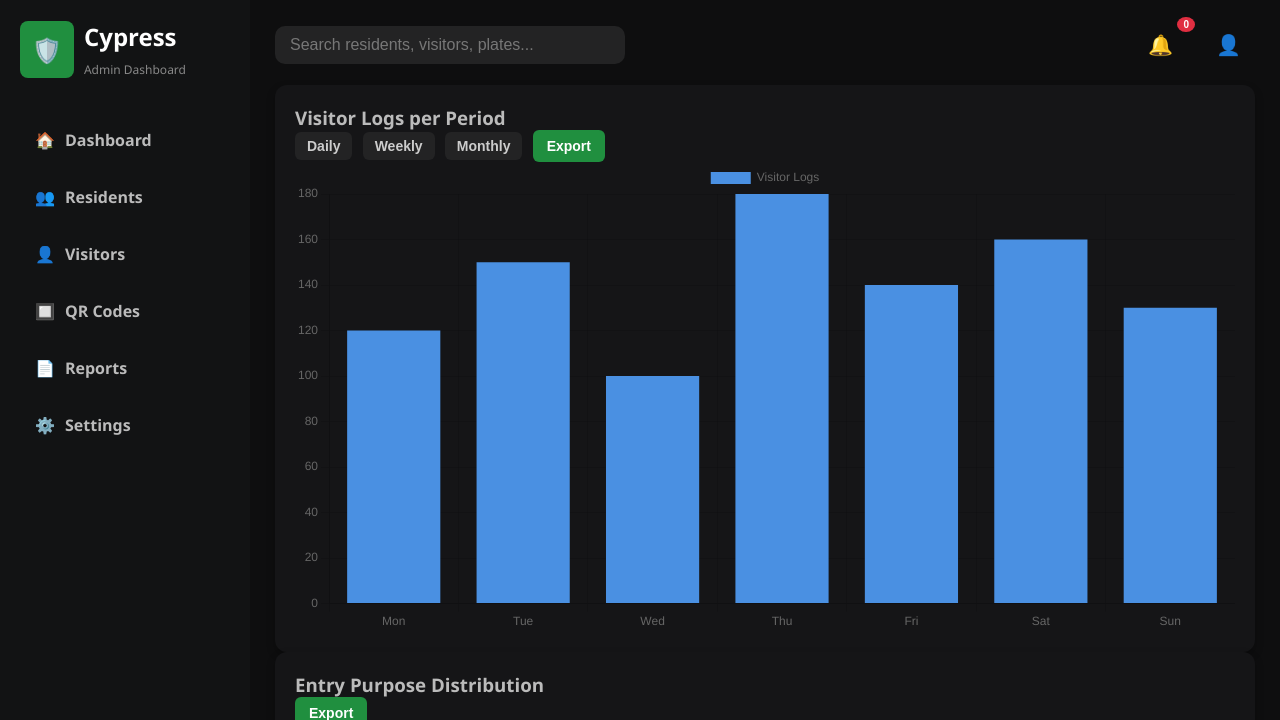
Repository: camuramon/my-project
Page: templates/admin/reports.html
The author's editor kept a copy of each file at every save. The page is drawn from the files as they stood at one save, then again after the next save.
The browser window is 1280 px wide. The pictures show the whole page.
An inner scrolling area shows only its first screen. The template is drawn by Flask 3. The application's start-up code is not run. Other server files are loaded and not shown. The template is opened directly, without the code that normally fills it, so the values that code supplies are empty.

Above is the page before, as saved 2025-09-09 17:36:10.
Console error: TypeError: Cannot read properties of null (reading 'addEventListener')

### templates/admin/reports.html
<!DOCTYPE html>
<html lang="en">
<head>
  <meta charset="UTF-8">
  <meta name="viewport" content="width=device-width, initial-scale=1.0">
  <title>VMS Reports Dashboard</title>

    <link rel="stylesheet" href="{{ url_for('static', filename='css/report.css') }}">
  <script src="https://cdn.jsdelivr.net/npm/chart.js"></script>

</head>
<body>
<div class="container">
  <aside class="sidebar">
    <div class="logo">
      <div class="icon">🛡️</div>
      <div class="title">
        <h2>Cypress</h2>
        <span>Admin Dashboard</span>
      </div>
    </div>
    <nav>
      <ul class="sidebar-menu">
        <li class="{% if request.path == url_for('admin_dashboard') %}active{% endif %}">
          <a href="{{ url_for('admin_dashboard') }}"><span class="icon">🏠</span> Dashboard</a>
        </li>
        <li class="{% if request.path == url_for('admin_residents') %}active{% endif %}">
          <a href="{{ url_for('admin_residents') }}"><span class="icon">👥</span> Residents</a>
        </li>
        <li class="{% if request.path == url_for('admin_visitors') %}active{% endif %}">
          <a href="{{ url_for('admin_visitors') }}"><span class="icon">👤</span> Visitors</a>
        </li>
        <li><a href="#"><span class="icon">🔲</span> QR Codes</a></li>
        <li class="{% if request.path == url_for('admin_reports') %}active{% endif %}">
          <a href="{{ url_for('admin_reports') }}"><span class="icon">📄</span> Reports</a>
        </li>
        <li class="{% if request.path == url_for('admin_settings') %}active{% endif %}">
          <a href="{{ url_for('admin_settings') }}"><span class="icon">⚙️</span> Settings</a>
        </li>
      </ul>
    </nav>
  </aside>

  <main class="main-content">
    <header class="top-bar">
      <div class="search-bar">
        <input type="search" placeholder="Search residents, visitors, plates..." />
      </div>
      <div class="top-icons">
        <button class="icon-btn">🔔<span class="notification-count">{{ notifications|length }}</span></button>
        <button class="icon-btn">👤</button>
      </div>
    </header>


  <!-- Main Charts and Side Widgets -->
<section class="flex flex-col lg:flex-row gap-4">

    <!-- Main Charts -->
    <div class="flex-1">
      <div class="card p-4 mb-4">
        <div class="flex justify-between items-center mb-2">
          <h3 class="text-lg font-semibold">Visitor Logs per Period</h3>
          <div class="flex space-x-2">
            <button class="btn-chart-toggle" data-period="daily">Daily</button>
            <button class="btn-chart-toggle" data-period="weekly">Weekly</button>
            <button class="btn-chart-toggle" data-period="monthly">Monthly</button>
            <button class="btn-green">Export</button>
          </div>
        </div>
        <canvas id="barChart"></canvas>
      </div>
   <section class="grid grid-cols-1 md:grid-cols-2 gap-4">

        <div class="card p-4">
          <div class="flex justify-between items-center mb-2">
            <h3 class="text-lg font-semibold">Entry Purpose Distribution</h3>
            <button class="btn-green">Export</button>
          </div>
          <canvas id="horizontalChart"></canvas>
        </div>
        <div class="card p-4">
          <div class="flex justify-between items-center mb-2">
            <h3 class="text-lg font-semibold">Vehicles Used</h3>
            <button class="btn-green">Export</button>
          </div>
          <canvas id="pieChart"></canvas>
        </div>
      </div>
    </div>
    <!-- Side Widgets -->
    <div class="lg:w-1/3 space-y-4">
      <div class="card p-4">
        <div class="flex justify-between items-center mb-2">
          <h3 class="text-lg font-semibold">Visitor Geo Distribution</h3>
          <button class="btn-green">Export</button>
        </div>
        <img src="https://placehold.co/400x250" alt="Geo map" class="w-full rounded">
      </div>
      <div class="card p-4">
        <div class="flex justify-between items-center mb-2">
          <h3 class="text-lg font-semibold">Access Points</h3>
          <button class="btn-green">Export</button>
        </div>
        <canvas id="accessChart"></canvas>
      </div>
      <div class="card p-4">
        <div class="flex justify-between items-center mb-2">
          <h3 class="text-lg font-semibold">Device Access</h3>
          <button class="btn-green">Export</button>
        </div>
        <canvas id="deviceChart"></canvas>
      </div>
    </div>
  </section>

  <!-- Tables -->
  <section class="p-4 grid grid-cols-1 md:grid-cols-2 gap-4">
    <div class="card p-4">
      <h3 class="text-lg font-semibold mb-2">Visitor Logs</h3>
      <div class="overflow-x-auto">
        <table class="w-full text-sm">
          <thead>
            <tr class="border-b border-gray-600">
              <th class="text-left p-2">Name</th>
              <th class="text-left p-2">Purpose</th>
              <th class="text-left p-2">Vehicle</th>
              <th class="text-left p-2">Time In/Out</th>
              <th class="text-left p-2">Status</th>
            </tr>
          </thead>
          <tbody>
            <tr class="border-b border-gray-600 hover:bg-gray-800">
              <td class="p-2">John Doe</td>
              <td class="p-2">Delivery</td>
              <td class="p-2">Car</td>
              <td class="p-2">9:00 AM / 9:15 AM</td>
              <td class="p-2">Exited</td>
            </tr>
            <tr class="border-b border-gray-600 hover:bg-gray-800">
              <td class="p-2">Jane Smith</td>
              <td class="p-2">Guest</td>
              <td class="p-2">Motorcycle</td>
              <td class="p-2">10:00 AM / -</td>
              <td class="p-2">Inside</td>
            </tr>
          </tbody>
        </table>
      </div>
      <a href="#" class="text-blue-400 float-right mt-2">View All</a>
      <button class="btn-green mt-2">Export</button>
    </div>
    <div class="card p-4">
      <h3 class="text-lg font-semibold mb-2">Resident Reports</h3>
      <div class="overflow-x-auto">
        <table class="w-full text-sm">
          <thead>
            <tr class="border-b border-gray-600">
              <th class="text-left p-2">Name</th>
              <th class="text-left p-2">Status</th>
            </tr>
          </thead>
          <tbody>
            <tr class="border-b border-gray-600 hover:bg-gray-800">
              <td class="p-2">Alice Johnson</td>
              <td class="p-2"><span class="bg-green-600 px-2 py-1 rounded">Active</span></td>
            </tr>
            <tr class="border-b border-gray-600 hover:bg-gray-800">
              <td class="p-2">Bob Lee</td>
              <td class="p-2"><span class="bg-yellow-600 px-2 py-1 rounded">Suspended</span></td>
            </tr>
            <tr class="border-b border-gray-600 hover:bg-gray-800">
              <td class="p-2">Charlie Brown</td>
              <td class="p-2"><span class="bg-red-600 px-2 py-1 rounded">Blacklisted</span></td>
            </tr>
          </tbody>
        </table>
      </div>
      <a href="#" class="text-blue-400 float-right mt-2">View All</a>
      <button class="btn-green mt-2">Export</button>
    </div>
  </section>

<script src="{{ url_for('static', filename='js/report.js') }}"></script>
</body>
</html>

### static/css/report.css
/* ===========================
   RESET & BASE STYLES
=========================== */
* {
  box-sizing: border-box;
  margin: 0;
  padding: 0;
}

html, body {
  height: 100%;
  width: 100%;
  margin: 0;
  padding: 0;
  overflow-x: hidden; /* prevent horizontal scroll */
}

body {
  font-family: 'Segoe UI', Tahoma, Geneva, Verdana, sans-serif;
  background-color: #0e0e0f;
  color: #ddd;
  min-height: 100vh;
}

/* ===========================
   LAYOUT
=========================== */
.container {
  display: flex;
  width: 100%;
  min-height: 100vh;
}

/* ===========================
   SIDEBAR
=========================== */
.sidebar {
  width: 250px;
  height: 100vh;
  background-color: #121314;
  padding: 20px;
  flex-shrink: 0;
  position: fixed;   /* keep it fixed */
  top: 0;
  left: 0;
}

.logo {
  display: flex;
  align-items: center;
  margin-bottom: 40px;
}

.logo .icon {
  background-color: #208f3f;
  padding: 12px;
  border-radius: 8px;
  font-size: 24px;
  color: white;
  margin-right: 10px;
}

.logo .title h2 {
  font-weight: 700;
  color: white;
  margin-bottom: 4px;
}

.logo .title span {
  font-size: 12px;
  color: #888;
}

.sidebar-menu {
  list-style: none;
  padding: 0;
}

.sidebar-menu li {
  margin: 15px 0;
}

.sidebar-menu li a {
  text-decoration: none;
  color: #bbb;
  font-weight: 600;
  display: flex;
  align-items: center;
  gap: 10px;
  font-size: 16px;
  padding: 10px 15px;
  border-radius: 8px;
  transition: background-color 0.3s ease, color 0.3s ease;
}

.sidebar-menu li.active a {
  background-color: #2a2a2e;
  color: white;
}

.sidebar-menu li a:hover {
  background-color: #1d1d1f;
  color: white;
}

/* ===========================
   MAIN CONTENT
=========================== */
.main-content {
  flex-grow: 1;
  margin-left: 250px;           /* align with sidebar */
  padding: 25px;
  background-color: #0e0e0f;
  min-height: 100vh;
  width: calc(100% - 250px);    /* prevent overflow */
  overflow-x: hidden;           /* no horizontal scroll */
  box-sizing: border-box;
}

/* ===========================
   TOP BAR
=========================== */
.top-bar {
  display: flex;
  justify-content: space-between;
  align-items: center;
  margin-bottom: 20px;
}

.search-bar input {
  width: 350px;
  padding: 10px 15px;
  border: none;
  border-radius: 10px;
  background-color: #232324;
  color: #ccc;
  font-size: 16px;
}

.search-bar input::placeholder {
  color: #777;
}

.top-icons {
  display: flex;
  gap: 15px;
}

.icon-btn {
  background: none;
  border: none;
  color: #ccc;
  font-size: 20px;
  position: relative;
  cursor: pointer;
}

.notification-count {
  position: absolute;
  top: -8px;
  right: -8px;
  background-color: #e02e41;
  font-size: 10px;
  padding: 2px 6px;
  border-radius: 50%;
  color: white;
}

/* ===========================
   CARDS
=========================== */
.card {
  background-color: #151517;
  border-radius: 12px;
  flex: 1 1 300px;
  padding: 20px;
  position: relative;
  color: #bbb;
  box-shadow: 0 4px 8px rgba(0,0,0,0.25);
  transition: box-shadow 0.3s ease;
}

.card:hover {
  box-shadow: 0 6px 20px rgba(74,144,226,0.7);
}

.card h2 {
  color: white;
  font-weight: 800;
  font-size: 22px;
  margin-bottom: 10px;
}

/* ===========================
   BUTTONS
=========================== */
button {
  cursor: pointer;
  border: none;
  border-radius: 6px;
  font-weight: 600;
  padding: 8px 14px;
  font-size: 14px;
}

.btn-green {
  background-color: #208f3f;
  color: white;
  transition: 0.3s;
}

.btn-green:hover {
  background-color: #27b34c;
  box-shadow: 0 0 10px #27b34c;
}

.btn-chart-toggle {
  background-color: #232324;
  color: #ccc;
  margin-right: 6px;
  border-radius: 6px;
  padding: 6px 12px;
  cursor: pointer;
  transition: 0.3s;
}

.btn-chart-toggle:hover {
  background-color: #4A90E2;
  color: white;
}

/* ===========================
   TABLES
=========================== */
table {
  width: 80%;
  border-collapse: collapse;
  table-layout: fixed; /* 🔑 prevent overflow */
}

th, td {
  text-align: left;
  padding: 10px;
  font-size: 14px;
  color: #ddd;
}

thead {
  background-color: #2a2a2e;
}

tr {
  border-bottom: 1px solid #333;
}

tr:hover {
  background-color: #252527;
}

/* ===========================
   CHARTS
/* ===========================
   CHARTS
=========================== */
.charts {
  display: flex;
  justify-content: center;
  flex-wrap: wrap; /* allow wrapping on smaller screens */
  margin: 20px 0;
  gap: 20px;
}

.chart-container {
  flex: 1 1 400px;      /* normal width */
  max-width: 400px;     /* prevent oversized charts */
  height: 300px;        /* fixed height */
  background: #1e1e2f;
  padding: 20px;
  border-radius: 12px;
  box-shadow: 0 4px 8px rgba(0,0,0,0.25);
  display: flex;
  flex-direction: column;
  justify-content: center;
  align-items: center;
}

.chart-container h3 {
  margin-bottom: 10px;
  font-size: 16px;
  font-weight: 600;
  color: #fff;
  text-align: center;
}

.chart-container canvas {
  width: 100% !important;
  height: 100% !important;
}

### static/js/report.js
// Bar Chart
const barCtx = document.getElementById('barChart').getContext('2d');
let period = 'daily';
const barData = {
  daily: [120, 150, 100, 180, 140, 160, 130],
  weekly: [850, 900, 880, 920],
  monthly: [3200, 3500, 3400]
};
const barChart = new Chart(barCtx, {
  type: 'bar',
  data: {
    labels: ['Mon', 'Tue', 'Wed', 'Thu', 'Fri', 'Sat', 'Sun'],
    datasets: [{
      label: 'Visitor Logs',
      data: barData.daily,
      backgroundColor: '#4A90E2'
    }]
  },
  options: {
    responsive: true,
    plugins: {
      tooltip: { enabled: true }
    }
  }
});

document.querySelectorAll('.btn-chart-toggle').forEach(btn => {
  btn.addEventListener('click', (e) => {
    period = e.target.dataset.period;
    const labels = period === 'daily'
      ? ['Mon', 'Tue', 'Wed', 'Thu', 'Fri', 'Sat', 'Sun']
      : (period === 'weekly'
        ? ['Week 1', 'Week 2', 'Week 3', 'Week 4']
        : ['Jan', 'Feb', 'Mar']);
    barChart.data.labels = labels;
    barChart.data.datasets[0].data = barData[period];
    barChart.update();
  });
});

// Horizontal Stacked Bar
const horCtx = document.getElementById('horizontalChart').getContext('2d');
new Chart(horCtx, {
  type: 'bar',
  data: {
    labels: ['Delivery', 'Guest', 'Service', 'Other'],
    datasets: [{
      label: 'Purpose',
      data: [200, 150, 100, 50],
      backgroundColor: ['#7ED321', '#F5A623', '#4A90E2', '#D0021B']
    }]
  },
  options: {
    indexAxis: 'y',
    responsive: true
  }
});

// Pie Chart
const pieCtx = document.getElementById('pieChart').getContext('2d');
new Chart(pieCtx, {
  type: 'pie',
  data: {
    labels: ['Car', 'Motorcycle', 'Bicycle', 'Other'],
    datasets: [{
      data: [500, 300, 100, 100],
      backgroundColor: ['#4A90E2', '#7ED321', '#F5A623', '#D0021B']
    }]
  },
  options: { responsive: true }
});

// Access Points Chart
const accCtx = document.getElementById('accessChart').getContext('2d');
new Chart(accCtx, {
  type: 'bar',
  data: {
    labels: ['Gate 1', 'Gate 2'],
    datasets: [{
      label: 'Entries',
      data: [250, 200],
      backgroundColor: '#7ED321'
    }]
  },
  options: { responsive: true }
});

// Export buttons (placeholder)
document.querySelectorAll('.btn-export, .btn-green').forEach(btn => {
  if (btn.classList.contains('btn-export')) {
    btn.style.display = 'inline-block';
  }
  btn.addEventListener('click', () => {
    alert('Export functionality coming soon!');
  });
});

// Filter button
document.querySelector('.btn-filter').addEventListener('click', () => {
  alert('Filter modal or functionality here!');
});

After the next save:
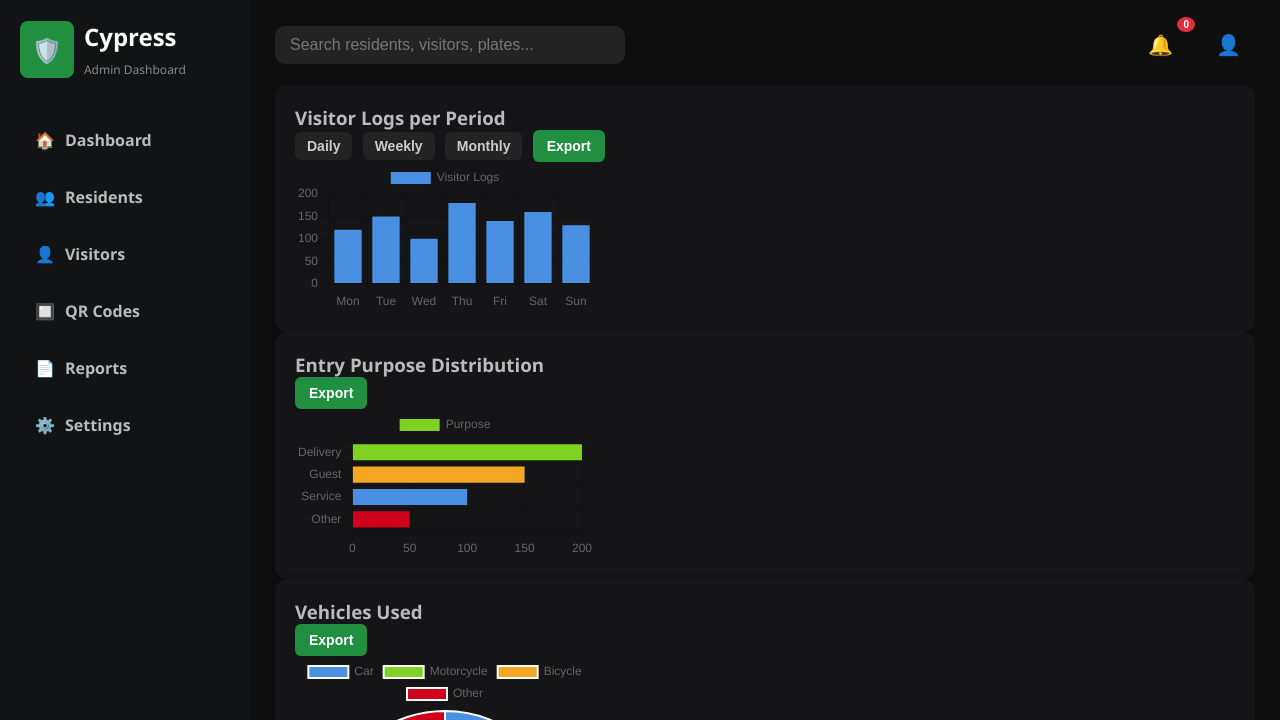
Saved 33 s later.
--- a/static/js/report.js
+++ b/static/js/report.js
@@ -17,10 +17,9 @@ const barChart = new Chart(barCtx, {
     }]
   },
   options: {
-    responsive: true,
-    plugins: {
-      tooltip: { enabled: true }
-    }
+    responsive: false,
+    maintainAspectRatio: false,
+    plugins: { tooltip: { enabled: true } }
   }
 });
 
@@ -52,7 +51,8 @@ new Chart(horCtx, {
   },
   options: {
     indexAxis: 'y',
-    responsive: true
+    responsive: false,
+    maintainAspectRatio: false
   }
 });
 
@@ -67,7 +67,10 @@ new Chart(pieCtx, {
       backgroundColor: ['#4A90E2', '#7ED321', '#F5A623', '#D0021B']
     }]
   },
-  options: { responsive: true }
+  options: {
+    responsive: false,
+    maintainAspectRatio: false
+  }
 });
 
 // Access Points Chart
@@ -82,7 +85,10 @@ new Chart(accCtx, {
       backgroundColor: '#7ED321'
     }]
   },
-  options: { responsive: true }
+  options: {
+    responsive: false,
+    maintainAspectRatio: false
+  }
 });
 
 // Export buttons (placeholder)
